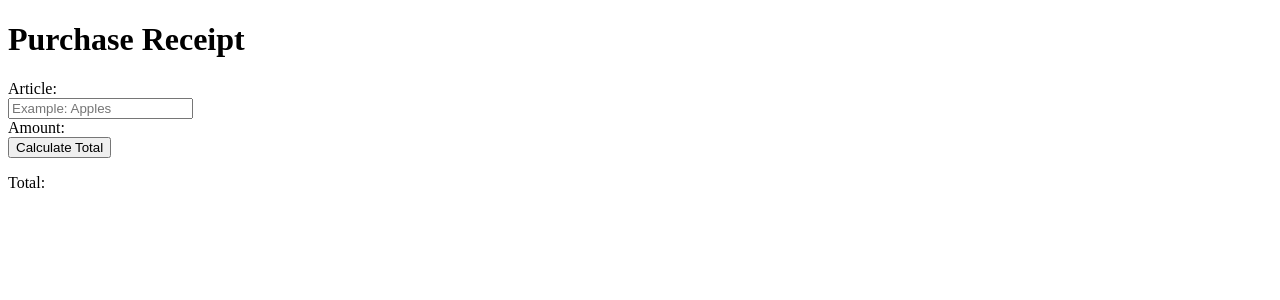
Repository: cokoduwa/js-study-group
Page: exercises/01/index.html
An editor plug-in stored every save of this project. The page is shown before and after the next save, followed by the edit.
The browser window is 1280 px wide. The pictures show the whole page.

Above is the page before, as saved 2023-02-14 21:30:31.

### exercises/01/index.html
<!DOCTYPE html>
<html lang="en">
<head>
    <meta charset="UTF-8">
    <meta http-equiv="X-UA-Compatible" content="IE=edge">
    <meta name="viewport" content="width=device-width, initial-scale=1.0">

    <title>Coding Warmer - E1 </title>
</head>
<body>


        <h1>Purchase Receipt</h1>


        <section>
            <div>
             <div>
                 <ion-label>Article:</ion-label>
             </div>
               <div>
                  <input placeholder="Example: Apples" id="description"/>
               </div>
            </div>

            <div>
                <div>
                    <ion-label>Amount:</ion-label>
                </div>
                <div>
                    <ion-input placeholder="Example: $3" id="amount"></ion-input>
                </div>
            </div>

            <div>
                <div>
                    <button>Calculate Total</button>
                </div>
            </div>

            <div>
                <div>
                    <ul id="ticket">
                        <!--List of ticket articles here-->
                    </ul>
                </div>
            </div>
            <p id="total">
                Total: <!--Total here-->
            </p>
        </section>

</body>
<script src="index.js"></script>
</html>

Loaded but not shown: exercises/01/index.css (common file); exercises/01/index.js (no stored copy; drawn as an empty file)

After the next save:
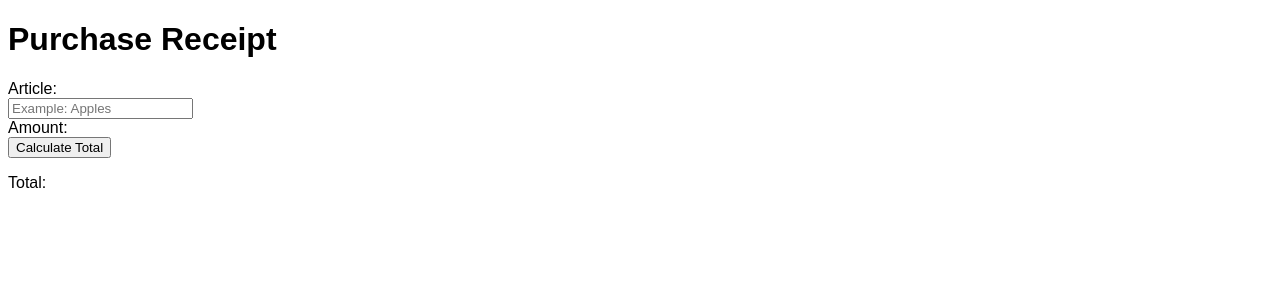
Saved 20 s later.
--- a/exercises/01/index.html
+++ b/exercises/01/index.html
@@ -4,6 +4,7 @@
     <meta charset="UTF-8">
     <meta http-equiv="X-UA-Compatible" content="IE=edge">
     <meta name="viewport" content="width=device-width, initial-scale=1.0">
+    <link rel="stylesheet" href="index.css">
 
     <title>Coding Warmer - E1 </title>
 </head>
